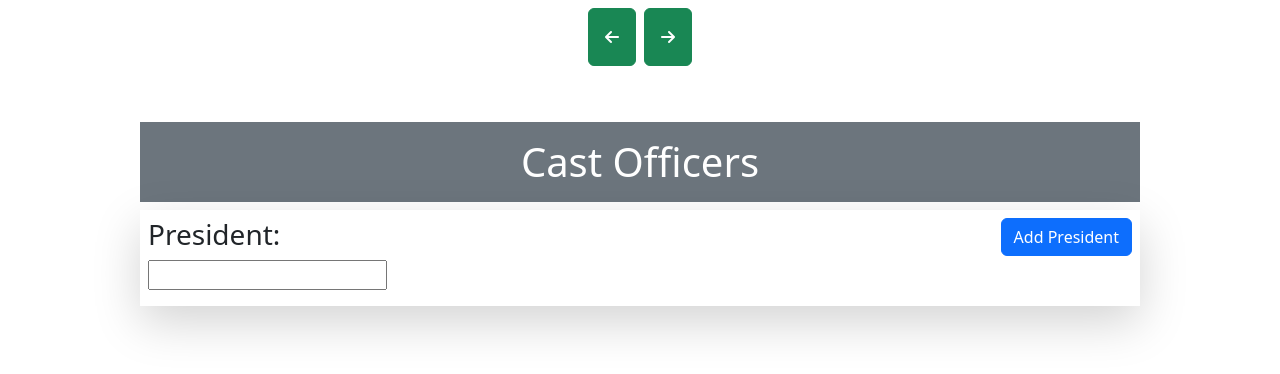
Repository: FRANZSAIJEM/livewire
Page: /second
The author's editor kept a copy of each file at every save. The page is drawn from the files as they stood at one save, then again after the next save.
The browser window is 1280 px wide. The pictures show the whole page.
The page's requests for data from a server got no answer. Some web libraries are served in a nearby version. The project was rebuilt for these pictures with package versions that can differ from the ones it lists, and the page was loaded fresh each time. No one was signed in, and anything a server would have sent is missing. Also part of the build but not shown: vite.config.ts.

Above is the page before, as saved 2023-02-18 08:08:01.

### index.html
<!DOCTYPE html>
<html lang="en">
  <head>
    <meta charset="UTF-8">
    <link rel="icon" href="/favicon.ico">
    <meta name="viewport" content="width=device-width, initial-scale=1.0">
    <link href="https://cdn.jsdelivr.net/npm/bootstrap@5.0.2/dist/css/bootstrap.min.css" rel="stylesheet" integrity="sha384-EVSTQN3/azprG1Anm3QDgpJLIm9Nao0Yz1ztcQTwFspd3yD65VohhpuuCOmLASjC" crossorigin="anonymous">
    <link rel="stylesheet" href="https://cdnjs.cloudflare.com/ajax/libs/font-awesome/6.3.0/css/all.min.css" integrity="sha512-SzlrxWUlpfuzQ+pcUCosxcglQRNAq/DZjVsC0lE40xsADsfeQoEypE+enwcOiGjk/bSuGGKHEyjSoQ1zVisanQ==" crossorigin="anonymous" referrerpolicy="no-referrer" />
    <title>Vite App</title>
  </head>
  <body class="bg-white">
    <div id="app"></div>
    <script type="module" src="/src/main.ts"></script>
  </body>
</html>

### src/main.ts
import { createApp } from "vue";
import { createPinia } from "pinia";

import App from "./App.vue";
import router from "./router";
import "bootstrap/dist/css/bootstrap.min.css"
import bootstrap from "bootstrap/dist/js/bootstrap.bundle.js"

import "./assets/main.css";

const app = createApp(App);

app.use(createPinia());
app.use(router);

app.mount("#app");

### src/App.vue
<script setup>
import { RouterLink, RouterView } from 'vue-router'
</script>

<template>


<RouterView />
</template>

<style scoped>
#navbar {
  background-color: 	#4682B4 !important;
}
</style>

### src/router/index.js
import { createRouter, createWebHistory } from "vue-router";


const router = createRouter({
  history: createWebHistory(import.meta.env.BASE_URL),
  routes: [
    {
      path: '/',
      name: 'home',
      component: () => import('../views/HomeView.vue')
    },

    {
      path: '/second',
      name: 'secondPage',
      component: () => import('../views/SecondPageView.vue')
    },
    {
      path: "/edit/:id",
      name: "edit",
      component: () => import('../views/EditView.vue'),
      props: true
    },

  ],
});

export default router;

### src/views/SecondPageView.vue
<template>
    <div class="body">
      <div class="d-inline-flex m-1">

        <RouterLink to="/" class="btn btn-success m-1 p-3"> <i class="fa fa-arrow-left"></i> </RouterLink>
        <RouterLink to="/second" class="btn btn-success m-1 p-3"> <i class=" fa fa-arrow-right"></i> </RouterLink>

      </div>

      <div class="content mt-5">



        <h1 class="bg-secondary p-3 text-center text-white">Cast Officers</h1>

          <form action="">
            <div class="input-group mb-5 shadow-lg">
            <!-- <input v-model="newNameInput" type="text" name="" id="" class="form-control p-2" placeholder="Name" required>

              <select v-model="newYearInput" name="" id="" class="form-select" required>
                <option value="BSIT - 1">BSIT - 1</option>
                <option value="BSIT - 2">BSIT - 2</option>
                <option value="BSIT - 3">BSIT - 3</option>
                <option value="BSIT - 4">BSIT - 4</option>
              </select>


              <select v-model="newAttendanceInput" name="" id="" class="form-select" typeof="text" required>
                <option value="Present">Present</option>
                <option value="Absent">Absent</option>
                <option value="Late">Late</option>
              </select>

              <button @click="addAttendance()" class="btn btn-success"><i class="fa fa-person"></i> Add</button> -->

            <div class="float-start d-flex">
              <label for="" class="form-label p-2">
              <h3>President:</h3>
              <input v-model="newNameInput" type="text" name="" id="">
            </label>
            </div>

            <div class="ms-lg-auto m-2">
              <button class="btn btn-primary">Add President</button>
            </div>

            </div>
          </form>



      <div v-for="attendance in attendances" :key="attendance.attendances" class="text-center">
        <div class="card-body">
          <div class="row">
            <table class="table table-striped table-bordered shadow-sm">
              <thead>
                <tr class="bg-secondary text-white">
                  <th>
                   Name
                  </th>
                  <th>
                   Year
                  </th>
                  <th>
                   Attendance
                  </th>
                  <th>
                   Action
                  </th>
                </tr>
              </thead>
              <tbody>
                <tr>
                  <td>
                    {{ attendance.name }}
                  </td>
                  <td>
                    {{ attendance.year }}
                  </td>
                  <td>
                    {{ attendance.attendance }}
                  </td>
                  <td>

                    <RouterLink :to="{ name: 'edit', params: { id: attendance.id }}" class="text-secondary" id="edit">
                        <button class="btn btn-success"><i class="fa fa-edit"></i> Edit</button>
                      </RouterLink>

                      <button class="btn btn-danger m-2 edit-button" data-bs-toggle="modal" data-bs-target="#exampleModal"> <i class="fa fa-remove"></i> Delete</button>

                  </td>
                </tr>
              </tbody>

            </table>

          </div>

        </div>

        <div class="modal fade" id="exampleModal" tabindex="-1" aria-labelledby="exampleModalLabel" aria-hidden="true">
                <div class="modal-dialog">
                  <div class="modal-content">
                    <div class="modal-header">
                      <h1 class="modal-title fs-5" id="exampleModalLabel">Delete Student</h1>
                      <button type="button" class="btn-close" data-bs-dismiss="modal" aria-label="Close"></button>
                    </div>
                    <div class="modal-body">
                      <h1>Are you sure you want to delete this student?</h1>
                    </div>
                    <div class="modal-footer">
                      <button type="button" class="btn btn-warning" data-bs-dismiss="modal"> <i class="fa fa-cancel"></i> Cancel</button>
                      <button @click="removeAttendance(attendance.id)" class="btn btn-danger m-2" data-bs-dismiss="modal"> <i class="fa fa-remove"></i> Yes</button>
                    </div>
                  </div>
                </div>
              </div>


              <div class="modal fade" id="editModal" tabindex="-1" aria-labelledby="editModalLabel" aria-hidden="true">
                <div class="modal-dialog">
                  <div class="modal-content">
                    <div class="modal-header">
                      <h1 class="modal-title fs-5" id="editModalLabel">Delete Student</h1>
                      <button type="button" class="btn-close" data-bs-dismiss="modal" aria-label="Close"></button>
                    </div>
                    <div class="modal-body">
                      <form>
                          <div class="mb-3">
                          <label for="name" class="col-form-label">Name: </label>
                          <input v-model="newNameInput" type="text" name="" id="" class="form-control p-2" placeholder="Name">
                          </div>


                          <div class="mb-3">
                          <label for="year" class="col-form-label">Year: </label>
                          <select v-model="newYearInput" name="" id="year" class="form-select">
                          <option value="BSIT - 1">BSIT - 1</option>
                          <option value="BSIT - 2">BSIT - 2</option>
                          <option value="BSIT - 3">BSIT - 3</option>
                          <option value="BSIT - 4">BSIT - 4</option>
                          </select>
                          </div>

                          <div class="mb-3">
                          <label for="attendance" class="col-form-label">Attendance: </label>
                          <select v-model="newAttendanceInput" name="" id="attendance" class="form-select" typeof="text">
                          <option value="Present">Present</option>
                          <option value="Absent">Absent</option>
                          <option value="Late">Late</option>
                          </select>
                      </div>

                      </form>
                    </div>
                    <div class="modal-footer">
                      <button type="button" class="btn btn-warning" data-bs-dismiss="modal"> <i class="fa fa-cancel"></i> Cancel</button>
                      <button @click="updateTask()" class="btn btn-danger m-2" data-bs-dismiss="modal"> <i class="fa fa-remove"></i> Yes</button>
                    </div>
                  </div>
                </div>
              </div>
      </div>




      </div>

    </div>

  </template>
  <script setup>
  import {ref, onMounted} from 'vue'
  import {db} from '../firebase/index.js'
  import {addDoc, collection, onSnapshot,deleteDoc, doc, updateDoc} from "firebase/firestore";
  import { RouterLink, RouterView } from 'vue-router'
  import { useRouter } from 'vue-router'



  onMounted(async()=>{
    const q = (collection(db, "attendance2"));

    onSnapshot(q,(querySnapshot)=> {


      const attendancesTmp = []


    querySnapshot.forEach((doc) => {

      const attendance = {
        id: doc.id,
        name: doc.data().name,
        year: doc.data().year,
        attendance: doc.data().attendance,
        completed: doc.data().completed
      }

      attendancesTmp.push(attendance)
    });
    attendances.value = attendancesTmp
    })
  })





  const newNameInput = ref('')
  const newYearInput = ref('BSIT - 1')
  const newAttendanceInput = ref('Present')

  const attendances = ref([])
  const id = ref(1)








  const addAttendance = async () => {
    if (newNameInput.value != '' && newYearInput.value != '' && newAttendanceInput.value != ''){

      await addDoc(collection(db,"attendance2"),{
        name:newNameInput.value,
        year: newYearInput.value,
        attendance: newAttendanceInput.value,
        completed: false
      })
      newNameInput.value = ''
      newYearInput.value = 'BSIT - 1'
      newAttendanceInput.value = 'Present'
    }
  }



  const removeAttendance = (id) => {
    deleteDoc(doc(db,"attendance2",id));
  }




  </script>

  <style>
  .content{
    width: 1000px;
  }
  .body{
    display: grid;
    place-items: center;
  }
  .line-through{
    text-decoration: line-through;
  }
  </style>

### src/Firebase/index.js
// Import the functions you need from the SDKs you need
import { initializeApp } from "firebase/app";
import { getFirestore } from "firebase/firestore";
// TODO: Add SDKs for Firebase products that you want to use
// https://firebase.google.com/docs/web/setup#available-libraries

// Your web app's Firebase configuration
// For Firebase JS SDK v7.20.0 and later, measurementId is optional
const firebaseConfig = {
  apiKey: "AIzaSyAMX2o86vjz4t0_o5yzBAC3be4yvcYFosY",
  authDomain: "mejiasfirebase.firebaseapp.com",
  projectId: "mejiasfirebase",
  storageBucket: "mejiasfirebase.appspot.com",
  messagingSenderId: "186163636848",
  appId: "1:186163636848:web:b2eff6247b796bf2f162b5",
  measurementId: "G-HE38LXTCYT"
};

// Initialize Firebase
const app = initializeApp(firebaseConfig);
const db = getFirestore(app);

export {db}

Loaded but not shown: src/assets/main.css (no stored copy; drawn as an empty file)

After the next save:
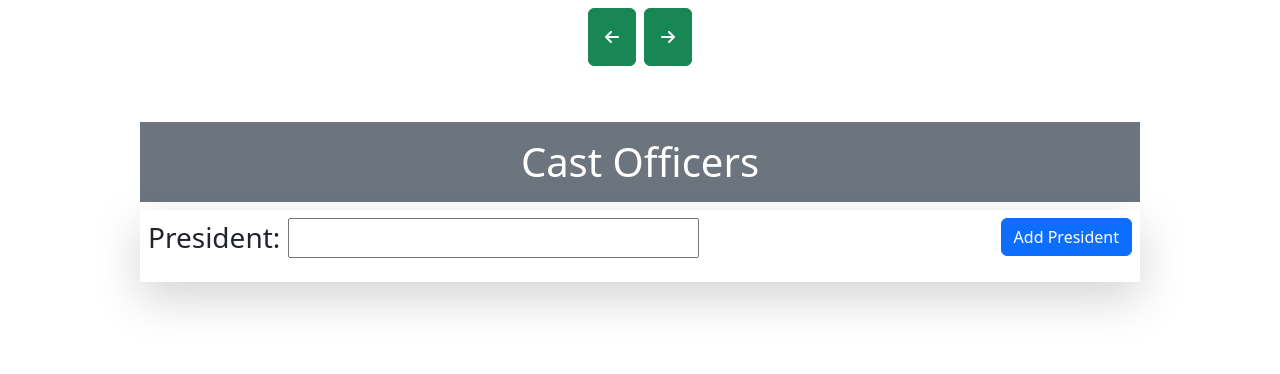
Saved 6 s later.
--- a/src/views/SecondPageView.vue
+++ b/src/views/SecondPageView.vue
@@ -35,8 +35,8 @@
 
             <div class="float-start d-flex">
               <label for="" class="form-label p-2">
-              <h3>President:</h3>
-              <input v-model="newNameInput" type="text" name="" id="">
+              <h3>President:   <input v-model="newNameInput" type="text" name="" id=""></h3>
+
             </label>
             </div>
 
